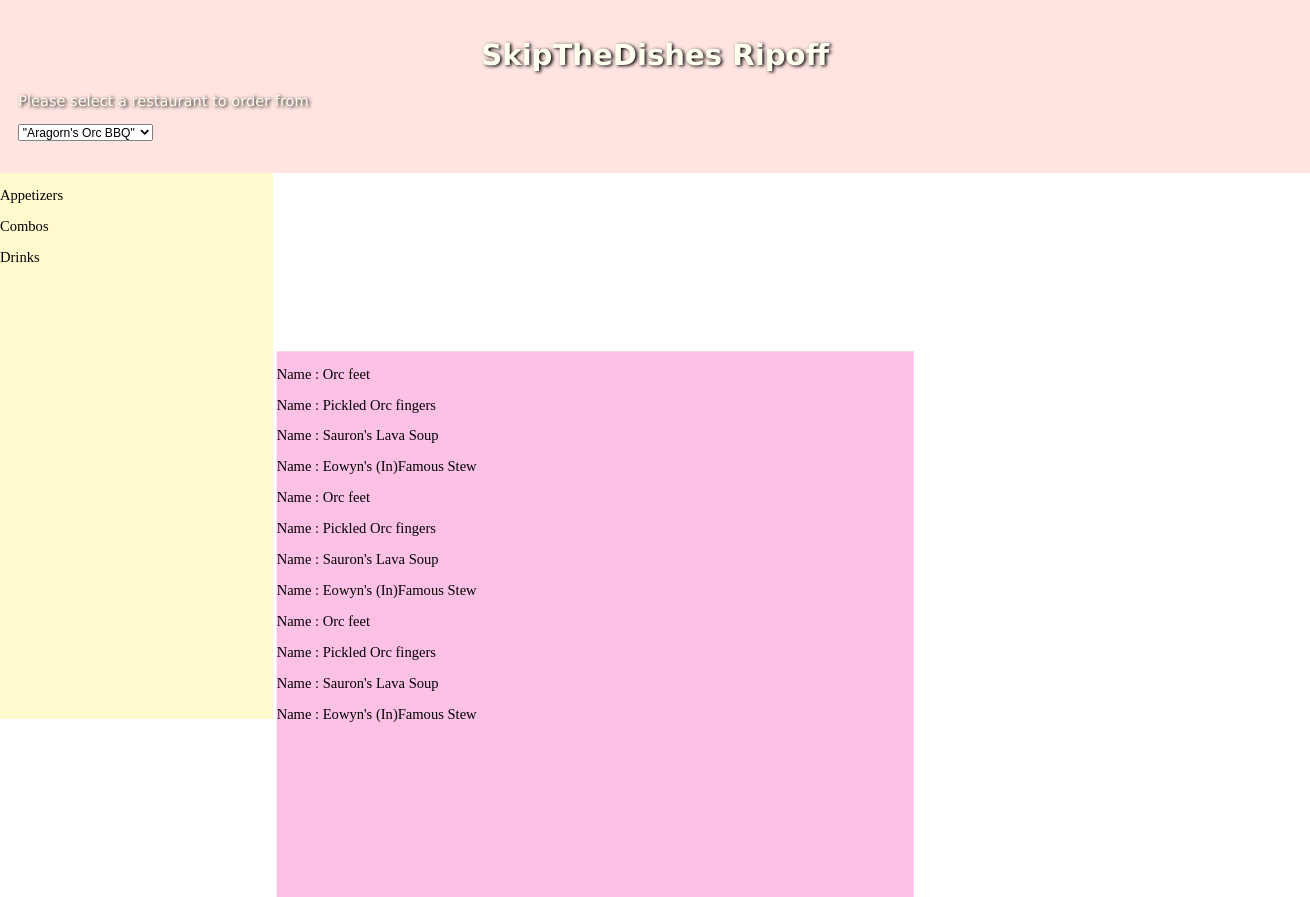
Repository: hudaali14/Carleton
Page: 2406/Assignments/Assignment1 (97)/order.html
These files come from the project's save history. The page is drawn as it stood at one moment and after the next save; the edit follows.
The browser window is 1280 px wide. The page is 1440 px wide, so the pictures cover 1440 px, including what lies to the right of the window. The pictures show the whole page, at 91% of full size.
After loading, the first visible `#dropdown` was changed once.

Above is the page before, as saved 2020-01-25 18:57:04.

After the next save:
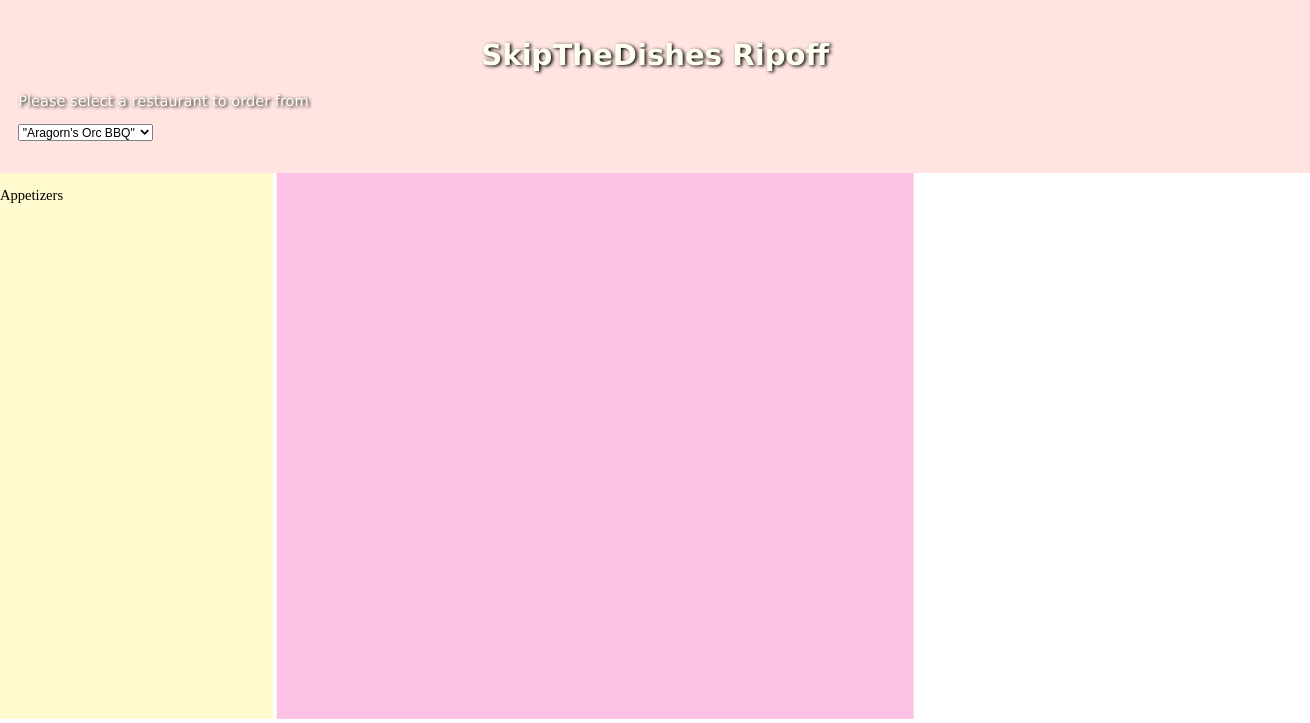
Console error: TypeError: Cannot read properties of undefined (reading '0')
Saved 3 min 47 s later.
--- a/2406/Assignments/Assignment1 (97)/client.js
+++ b/2406/Assignments/Assignment1 (97)/client.js
@@ -326,7 +326,7 @@
 function displayItems(restaurant, categoryName){
 	let itemMenu = document.getElementById("items");
 	//console.log(JSON.stringify(categoryName));
-	let categoryItems = restaurant.menu["Appetizers"];
+	let categoryItems = restaurant.menu[JSON.stringify(categoryName)];
 	// let name = legolas.menu["Lembas"][0].name;
 	// console.log(name);
 	for(let i=0; i<4; i++){

After the save that followed:
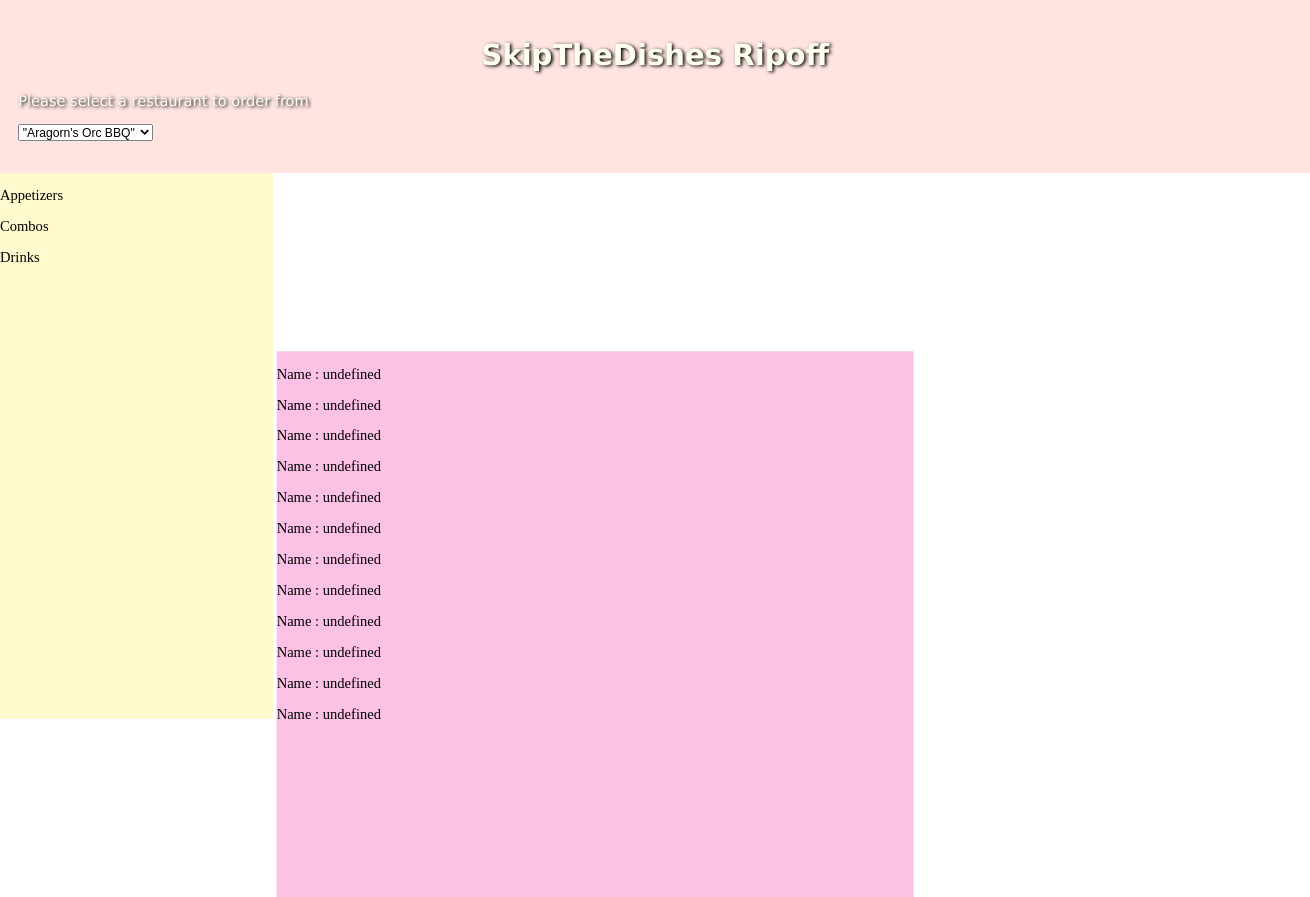
The error is gone.
Saved 3 min 6 s later.
--- a/2406/Assignments/Assignment1 (97)/client.js
+++ b/2406/Assignments/Assignment1 (97)/client.js
@@ -293,13 +293,15 @@
 	// 	}
 	// }
 	category.innerHTML="";
+	let index=0;
 	if(dropdownMenu.selectedIndex==1){
 		let aragornMenu= ["Appetizers", "Combos","Drinks"];
 		aragornMenu.forEach(element => {
 			let para =document.createElement("p");
 			para.innerHTML=element;
 			category.appendChild(para);
-			displayItems(aragorn, element);
+			displayItems(aragorn, aragornMenu,index);
+			index++;
 		});
 	}else if(dropdownMenu.selectedIndex==2){
 		let legolasMenu=["Lembas", "Combos"];
@@ -308,7 +310,8 @@
 			para.innerHTML=element;
 			//para.href="/Users/hudaali/Desktop/2406/assignment1#items"
 			category.appendChild(para);
-			displayItems(legolas, element);
+			displayItems(legolas, legolasMenu, index);
+			index++;
 		});
 	}else if(dropdownMenu.selectedIndex==3){
 		let frodoMenu=["Breakfast","Second Breakfast","Elevenses","Luncheon","Afternoon Tea","Dinner","Supper"];
@@ -316,17 +319,18 @@
 			let para =document.createElement("p");
 			para.innerHTML=element;
 			category.appendChild(para);
-			displayItems(frodo, element);
+			displayItems(frodo, frodoMenu, index);
+			index++;
 		});
 	}else{
 		let x=5;
 	}
 }
 
-function displayItems(restaurant, categoryName){
+function displayItems(restaurant, restaurantMenu, index){
 	let itemMenu = document.getElementById("items");
 	//console.log(JSON.stringify(categoryName));
-	let categoryItems = restaurant.menu[JSON.stringify(categoryName)];
+	let categoryItems = restaurantMenu[index];
 	// let name = legolas.menu["Lembas"][0].name;
 	// console.log(name);
 	for(let i=0; i<4; i++){
